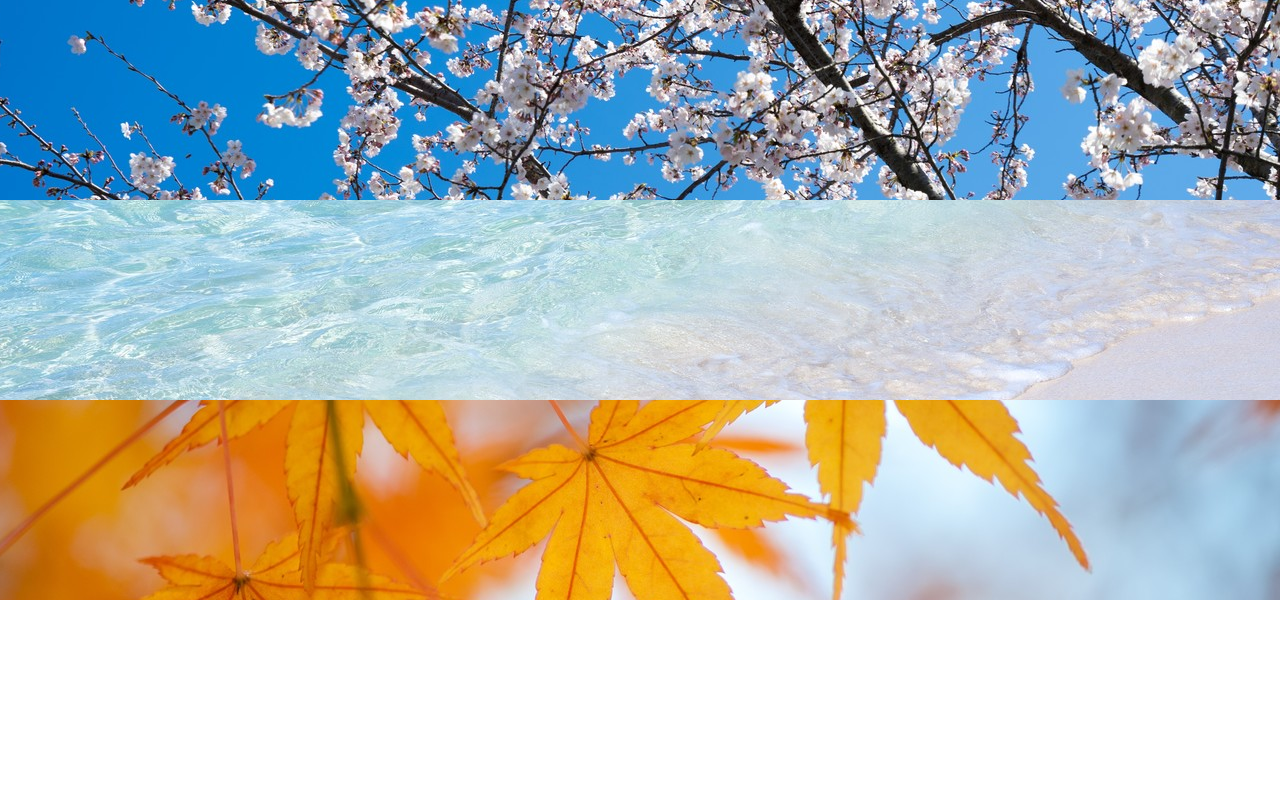
Repository: Takahiro620/dmmwebcamp
Page: enshu6/enshu6.html
The author's editor kept a record of every edit. The page is drawn from the files as they stood at one moment, then again after the next edit.
The browser window is 1280 px wide. The pictures show the whole page.

Above is the page before.

### enshu6/enshu6.html
<!DOCTYPE html>
<html lang="ja">
  <head>
    <meta charset="UTF-8" />
    <!-- CSSファイルの読み込み -->
    <link rel="stylesheet" href="enshu6.css" />
    <title>enshu6</title>
  </head>

  <body>
    <div class="box1"></div>
    <div class="box2"></div>
    <div class="box3"></div>
    <div class="box4"></div>
  </body>
</html>

### enshu6/enshu6.css
* {
  margin: 0;
  padding: 0;
  box-sizing: border-box;
   color: #6c6b6b;
}


.box1{
  width: 100%;
  height: 200px;
  background-image: url(img/box1.jpg);
  baackground-size:cover;
  background-position: center;
}
.box2{
  width: 100%;
  height: 200px;
  background-image: url(img/box2.jpg);
  baackground-size:cover;
  background-position: center;
}
.box3{
  width: 100%;
  height: 200px;
  background-image: url(img/box3.jpg);
  baackground-size:cover;
  background-position: center;
}
.box4{
  width: 100%;
  height: 200px;
  background-image: url(img/box4.jpg)
  baackground-size:cover;
  background-position: center;
}

After the next edit:
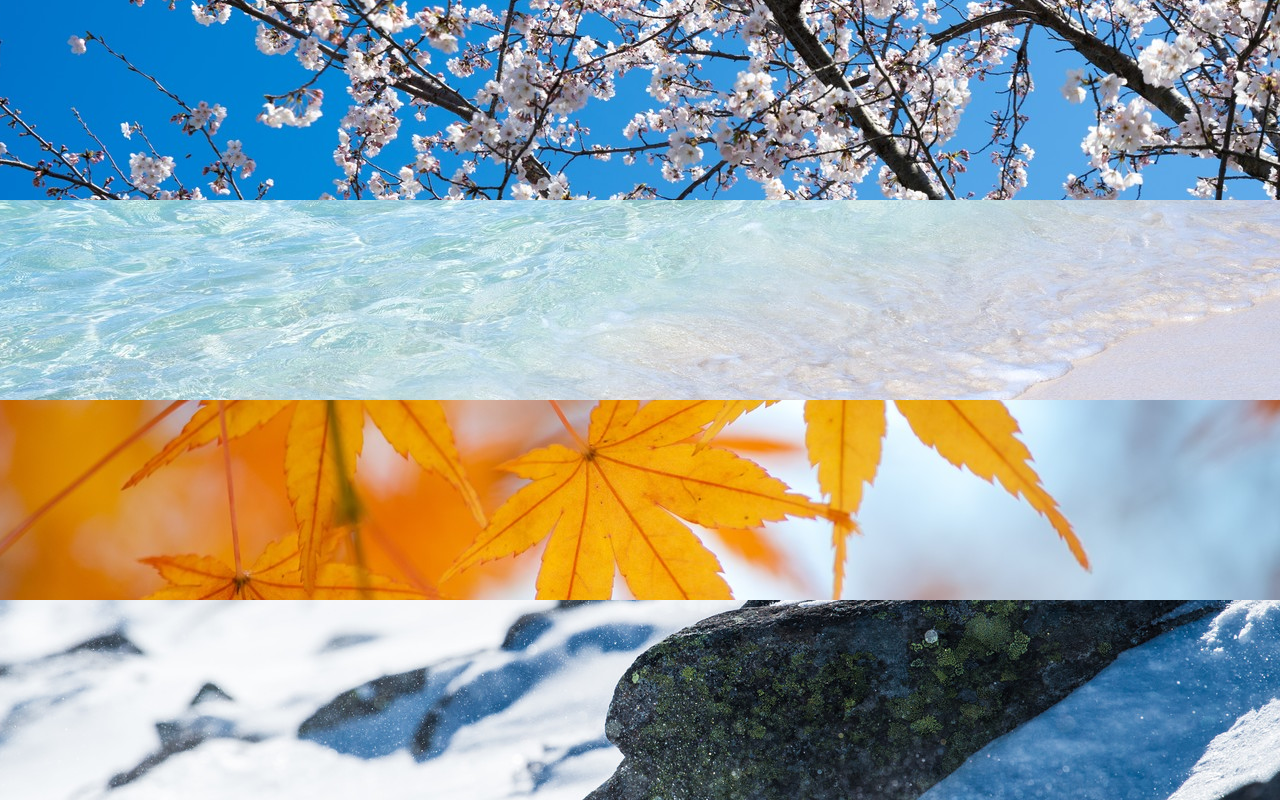
The edit:
--- a/enshu6/enshu6.css
+++ b/enshu6/enshu6.css
@@ -30,7 +30,7 @@
 .box4{
   width: 100%;
   height: 200px;
-  background-image: url(img/box4.jpg)
+  background-image: url(img/box4.jpg);
   baackground-size:cover;
   background-position: center;
 }
